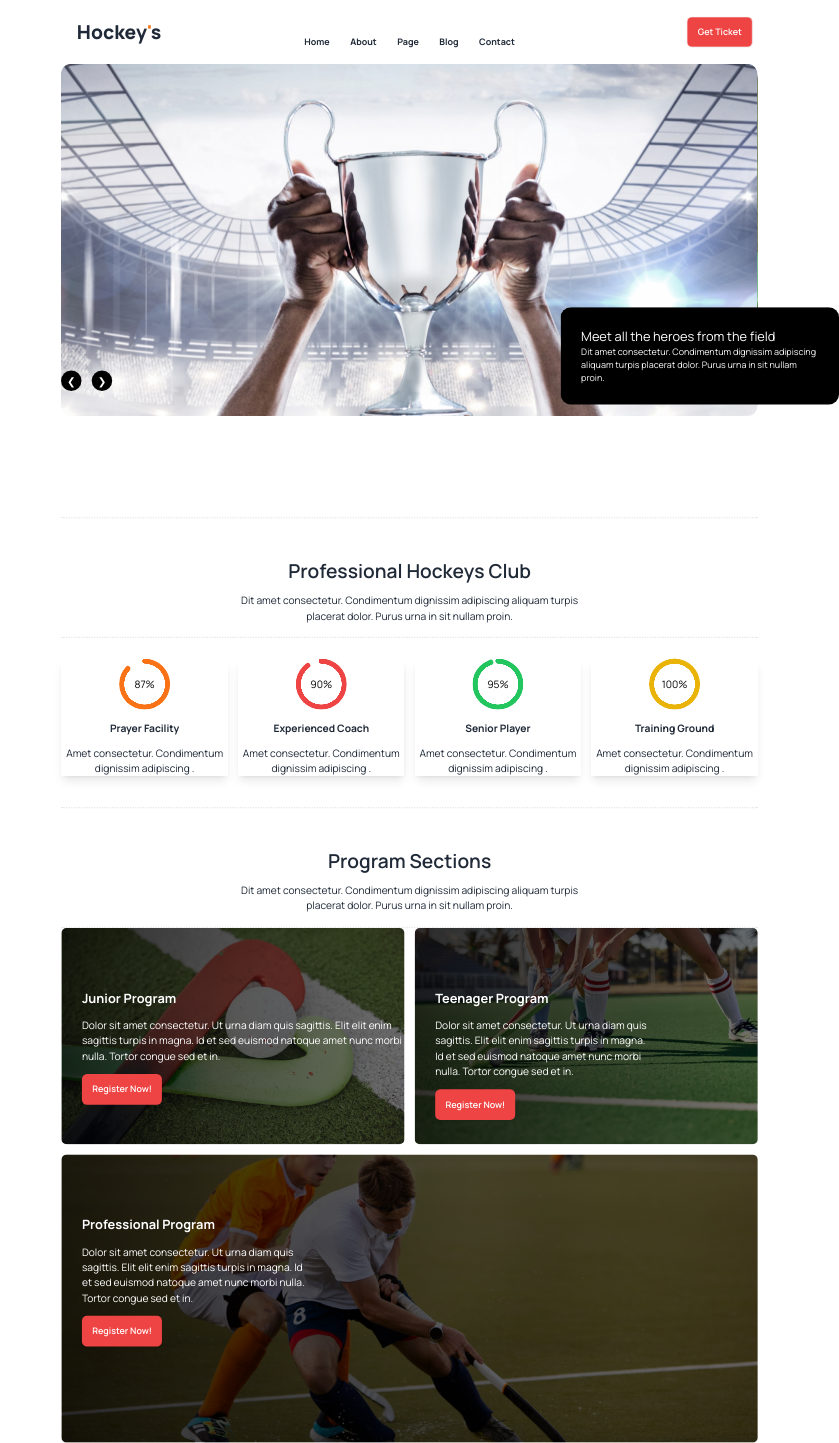
Repository: RudrasahaDibos/Hockey-
Page: index.html
These files come from the project's save history. The page is drawn as it stood at one moment and after the next save; the edit follows.
The browser window is 1280 px wide. The page is 1311 px wide, so the pictures cover 1311 px, including what lies to the right of the window. The pictures show the whole page, at 64% of full size.
Some web libraries are served in a nearby version.

Above is the page before, as saved 2024-10-23 22:44:42.

After the next save:
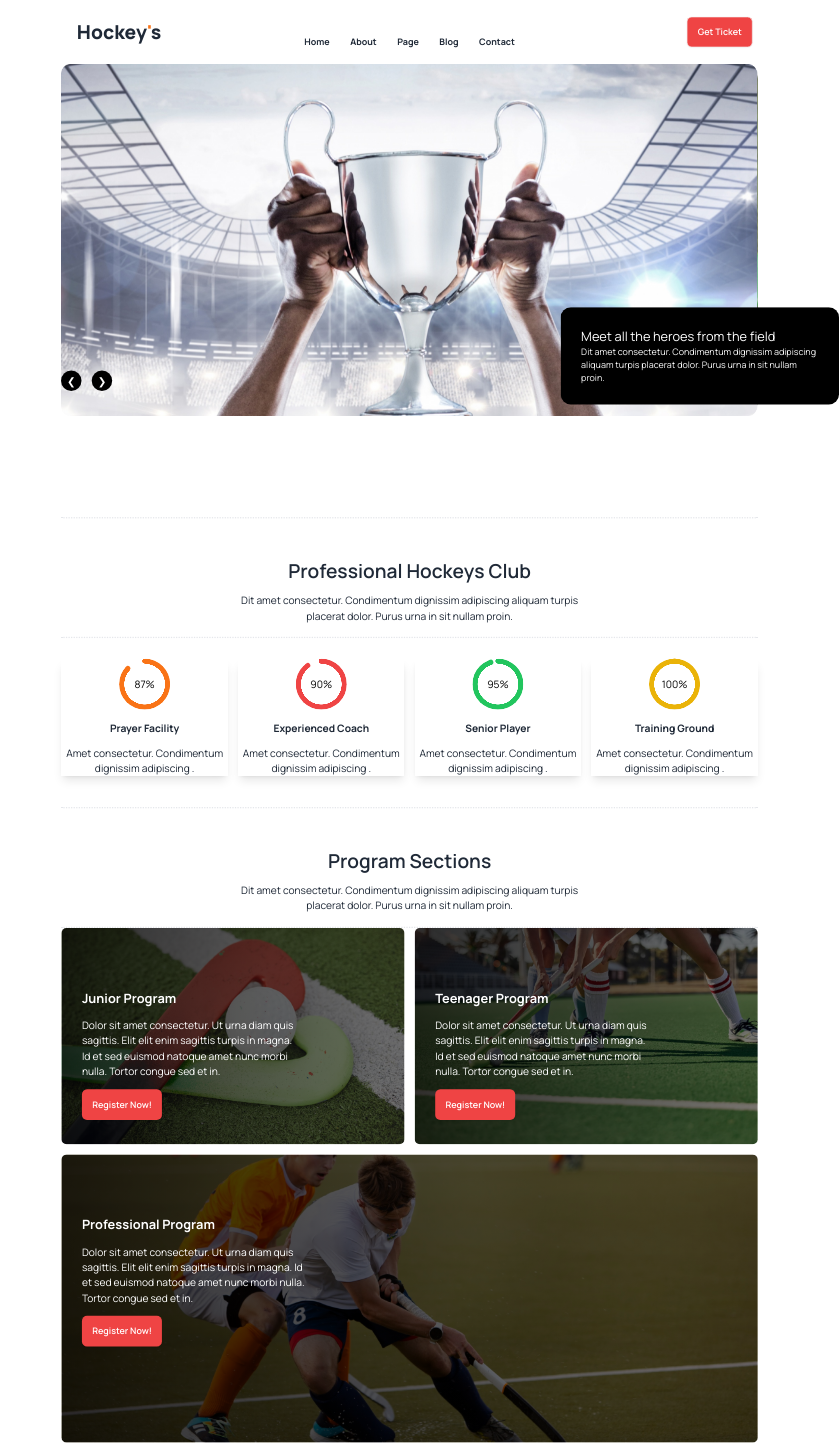
Saved 12 s later.
--- a/index.html
+++ b/index.html
@@ -213,7 +213,7 @@
 
                                    <div class="text-start lg:pt-24 space-y-2 lg:space-y-4 pl-8">
                                     <h2 class="text-white text-xl font-bold">Junior Program</h2>
-                                    <p class="text-white">Dolor sit amet consectetur. Ut urna diam quis sagittis. Elit elit
+                                    <p class="text-white w-2/3">Dolor sit amet consectetur. Ut urna diam quis sagittis. Elit elit
                                       enim sagittis turpis in magna. Id et sed euismod natoque amet nunc morbi nulla. Tortor congue sed et in.</p>
                                      <button class="btn bg-red-500 border-none text-white">Register Now!</button>
                                    </div>
